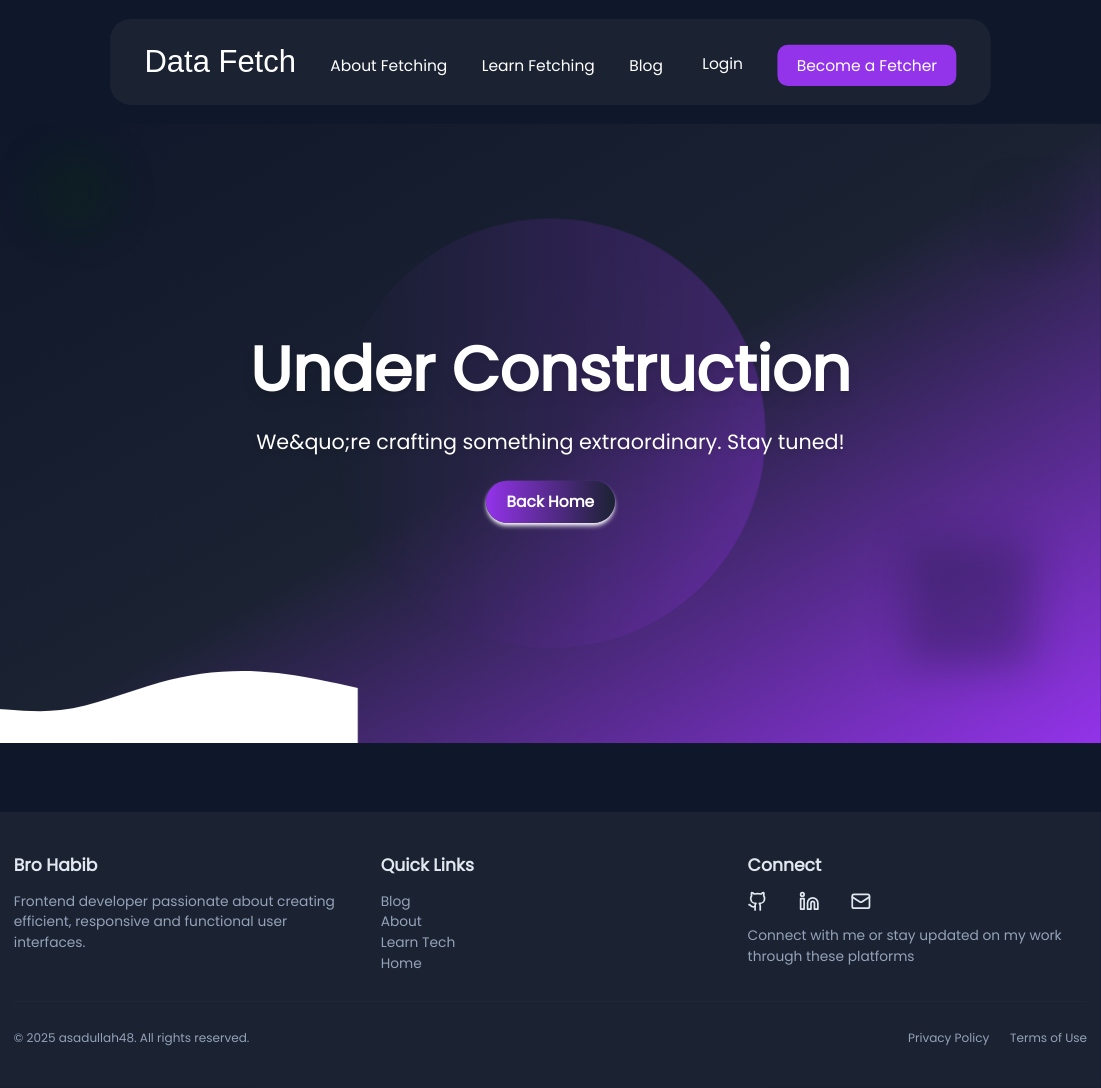
Repository: asadullah48/data-fetch
Page: /learnTech
These files come from the project's save history. The page is drawn as it stood at one moment and after a run of saves; the edit follows.
The browser window is 1280 px wide. The pictures show the whole page, at 86% of full size.
Some web fonts or font styles are not loaded; a fallback is used. The project was rebuilt for these pictures with package versions that can differ from the ones it lists, and the page was loaded fresh each time. The framework's server and built-in components were replaced by stand-ins that run in the browser. Also part of the build but not shown: next.config.mjs.

Above is the page before, as saved 2025-01-15 13:56:39.

After the next 2 saves:
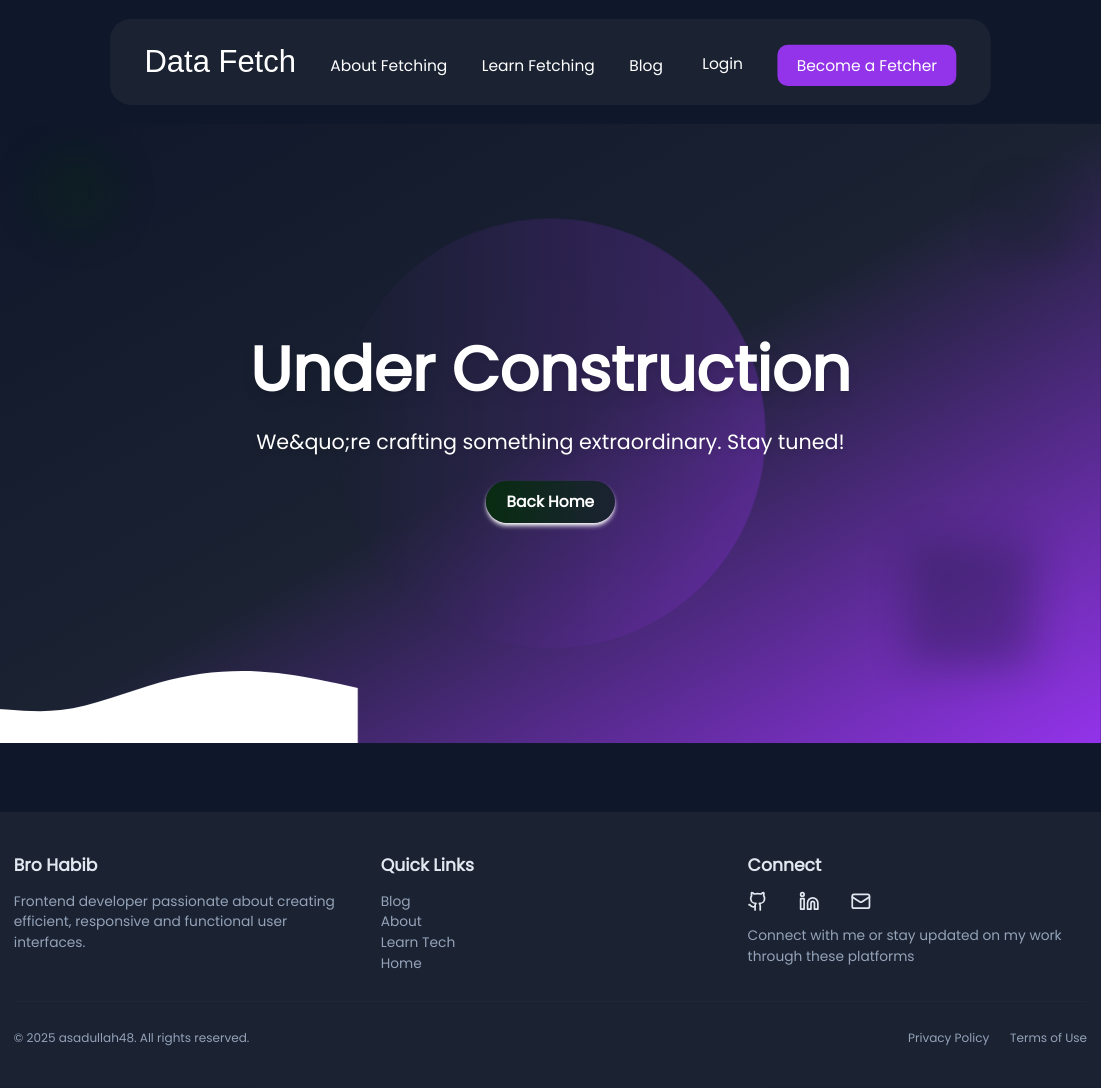
The 2 saves are shown as one change because they came seconds apart.
The last was saved 16 s later.
--- a/src/app/learnTech/page.tsx
+++ b/src/app/learnTech/page.tsx
@@ -29,7 +29,7 @@ export default function learnTechPage() {
                 <div className="mt-10">
                     <Link
                         href="/"
-                        className="px-6 py-3 text-lg font-bold text-white bg-gradient-to-r from-[#9333EA] to-[#1b2232] rounded-full shadow-white shadow-md transform transition hover:scale-105 hover:shadow-2xl focus:outline-none"
+                        className="px-6 py-3 text-lg font-bold text-white bg-gradient-to-r from-[#082c11] to-[#1b2232] rounded-full shadow-white shadow-md transform transition hover:scale-105 hover:shadow-2xl focus:outline-none"
                     >
                         Back Home
                     </Link>
